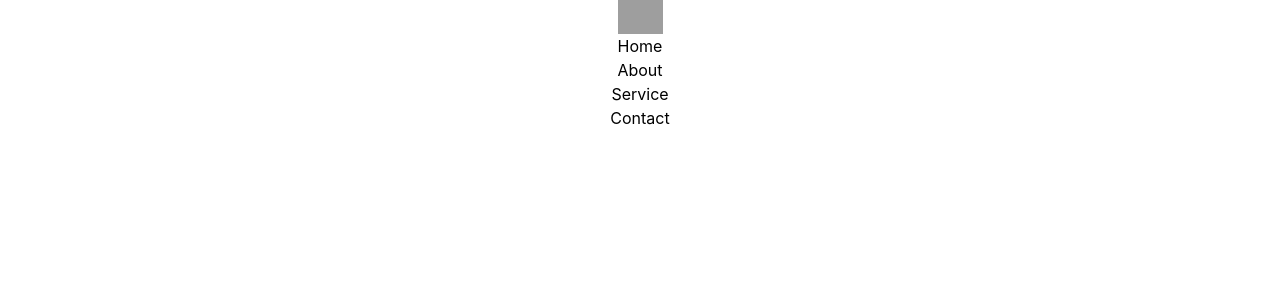
Repository: Abel-A16/react-tailwind
Page: /
An editor plug-in stored every save of this project. The page is shown before and after the next save, followed by the edit.
The browser window is 1280 px wide. The pictures show the whole page.
Pictures or frames that could not be fetched are drawn as grey boxes. The project was rebuilt for these pictures with package versions that can differ from the ones it lists, and the page was loaded fresh each time.

Above is the page before, as saved 2024-10-10 13:49:19.

### src/App.js
import logo from './logo.svg';
import './App.css';
import NavBar from './components/NavBar';

function App() {
  return (
    <div className="App">
      <NavBar/>
    </div>
  );
}

export default App;

### src/components/NavBar.js
import React from 'react'

function NavBar() {
  return (
    <div className='flex flex-col justify-between items-center'>

        <img className=' justify-between items-center' src='../logo.webp' width={45} height={45} alt=''/>



            <h1><a  href="http">Home</a></h1>
            <h1><a  href="#dfg">About</a></h1>
            <h1><a  href="#dfv">Service</a></h1>
            <h1><a  href="#df">Contact</a></h1>


    </div>
  )
}

export default NavBar

### tailwind.config.js
module.exports = {
  content: [
    "./src/**/*.{js,jsx,ts,tsx}",
  ],
  theme: {
    extend: {},
  },
  plugins: [],
}

Loaded but not shown: public/index.html (common file); src/index.js (common file); src/index.css (common file); src/reportWebVitals.js (common file); src/App.css (common file)

After the next save:
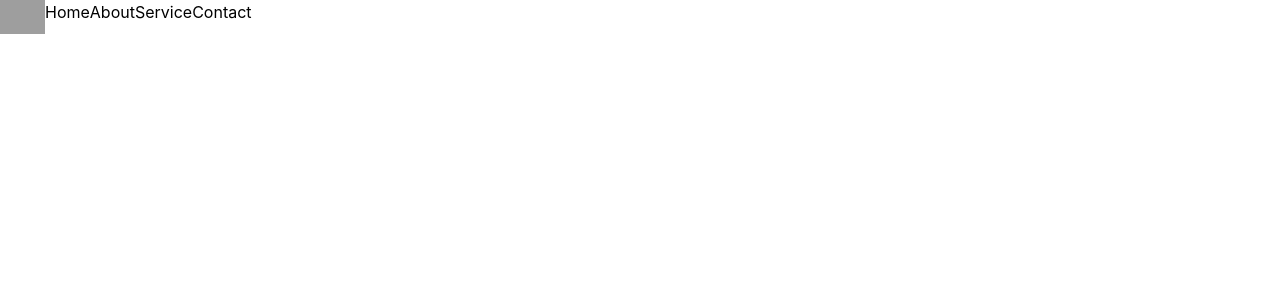
Saved 13 s later.
--- a/src/components/NavBar.js
+++ b/src/components/NavBar.js
@@ -2,7 +2,7 @@
 
 function NavBar() {
   return (
-    <div className='flex flex-col justify-between items-center'>
+    <div className='flex'>
 
         <img className=' justify-between items-center' src='../logo.webp' width={45} height={45} alt=''/>
 
